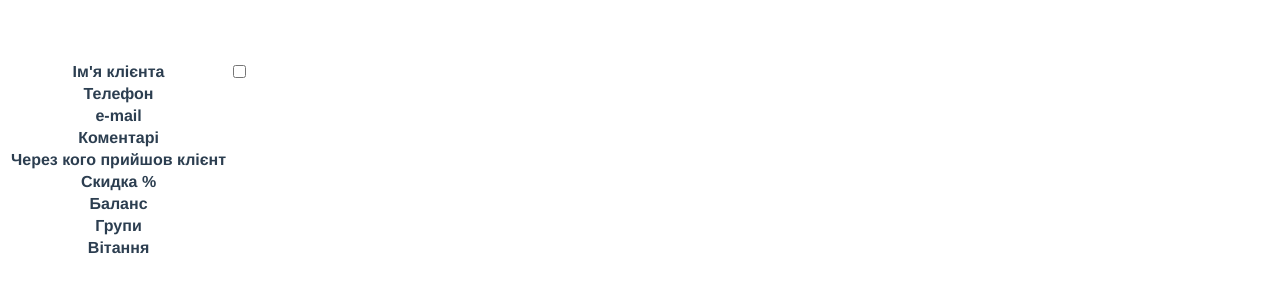
Repository: KYUUBI-K/Labs-from-2-course-
Page: / (app in lab3(using styles)/)
An editor plug-in stored every save of this project. The page is shown before and after the next save, followed by the edit.
The browser window is 1280 px wide. The pictures show the whole page.
The project was rebuilt for these pictures with package versions that can differ from the ones it lists, and the page was loaded fresh each time. Also part of the build but not shown: lab3(using styles)/src/assets/style/style.scss.

Above is the page before, as saved 2021-11-24 10:51:47.

### lab3(using styles)/src/main.js
import Vue from 'vue'
import App from './App.vue'
import '@/assets/style/style.scss'

Vue.config.productionTip = false

new Vue({
  render: h => h(App),
}).$mount('#app')

### lab3(using styles)/src/App.vue
<template>
  <div id="app">
    <test/>
  </div>
</template>

<script>
import test from './components/test'

export default {
  name: 'App',
  components: {
    test
  }
}
</script>

<style>
#app {
  font-family: Avenir, Helvetica, Arial, sans-serif;
  -webkit-font-smoothing: antialiased;
  -moz-osx-font-smoothing: grayscale;
  text-align: center;
  color: #2c3e50;
  margin-top: 60px;
}
</style>

### lab3(using styles)/src/components/test/index.vue
<template>
    <div>
        <table class = "name">
            <tr>
               <th>Ім'я клієнта</th>
               <input type="checkbox">
            </tr>
            <tr>
                <th>Телефон</th>
            </tr>
            <tr>
                <th>e-mail</th>
            </tr>
            <tr>
                <th>Коментарі</th>
            </tr>
            <tr>
                <th>Через кого прийшов клієнт</th>
            </tr>
            <tr>
                <th>Скидка %</th>
            </tr>
            <tr>
                <th>Баланс</th>
            </tr>
            <tr>
                <th>Групи</th>
            </tr>
            <tr>
                <th>Вітання</th>
            </tr>
        </table>
    </div>
</template>

<script>
    export default {

    }
</script>

<style lang="scss" scoped>
</style>

Loaded but not shown: lab3(using styles)/public/index.html (common file)

After the next save:
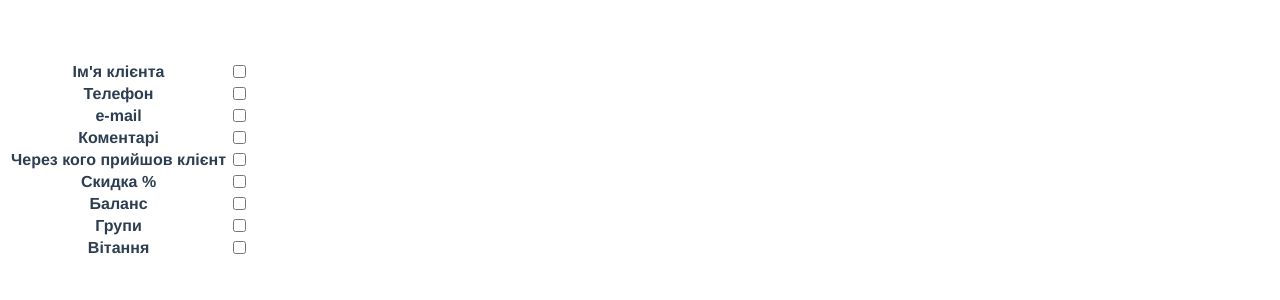
Saved 34 s later.
--- a/lab3(using styles)/src/components/test/index.vue
+++ b/lab3(using styles)/src/components/test/index.vue
@@ -7,27 +7,35 @@
             </tr>
             <tr>
                 <th>Телефон</th>
+               <input type="checkbox">
             </tr>
             <tr>
                 <th>e-mail</th>
+               <input type="checkbox">
             </tr>
             <tr>
                 <th>Коментарі</th>
+               <input type="checkbox">
             </tr>
             <tr>
                 <th>Через кого прийшов клієнт</th>
+               <input type="checkbox">
             </tr>
             <tr>
                 <th>Скидка %</th>
+               <input type="checkbox">
             </tr>
             <tr>
                 <th>Баланс</th>
+               <input type="checkbox">
             </tr>
             <tr>
                 <th>Групи</th>
+               <input type="checkbox">
             </tr>
             <tr>
                 <th>Вітання</th>
+               <input type="checkbox">
             </tr>
         </table>
     </div>
